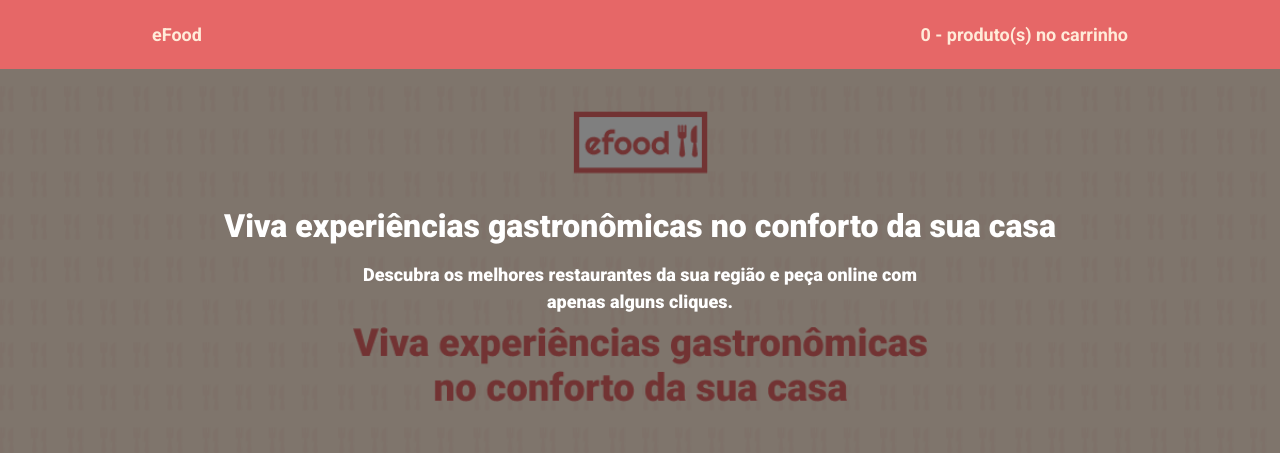
Repository: Biel-barbosa/projeto-final-efood
Page: /
An editor plug-in stored every save of this project. The page is shown before and after the next save, followed by the edit.
The browser window is 1280 px wide. The pictures show the part of the page from y = 0 to 465 px (the page is 2005 px tall before and 1936 px after).
Pictures or frames that could not be fetched are drawn as grey boxes. The project was rebuilt for these pictures with package versions that can differ from the ones it lists, and the page was loaded fresh each time.

Above is the page before, as saved 2025-06-09 14:28:58.

After the next save:
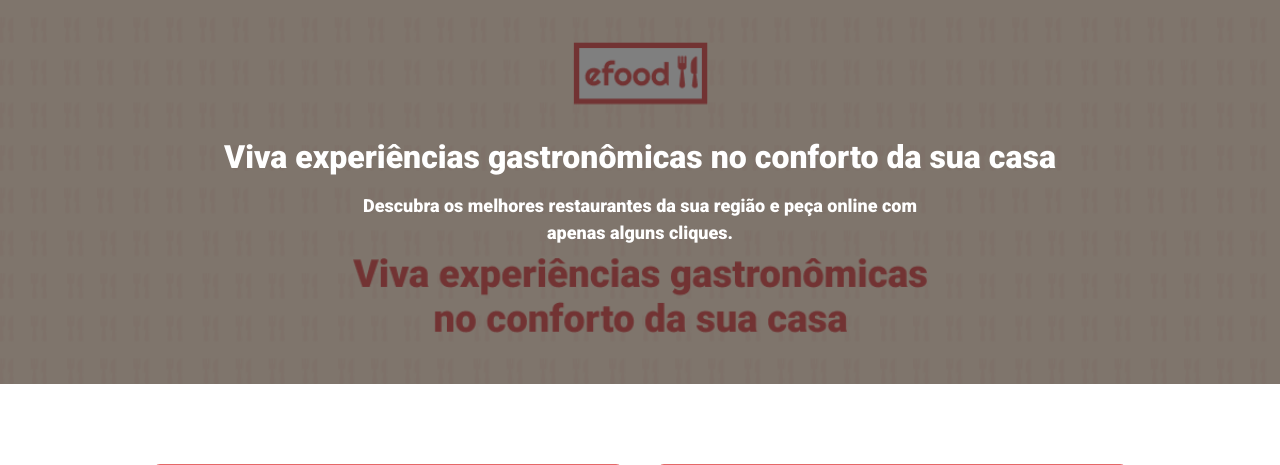
Saved 96 s later.
--- a/src/App.tsx
+++ b/src/App.tsx
@@ -2,7 +2,6 @@
 import { BrowserRouter as Router, Routes, Route } from 'react-router-dom'
 import { ThemeProvider } from 'styled-components'
 import { GlobalStyle, theme } from './styles/global'
-import Header from './components/Header'
 import Home from './pages/Home'
 
 function App() {
@@ -10,7 +9,6 @@
     <ThemeProvider theme={theme}>
       <Router>
         <GlobalStyle />
-        <Header />
         <Routes>
           <Route path="/" element={<Home />} />
         </Routes>
